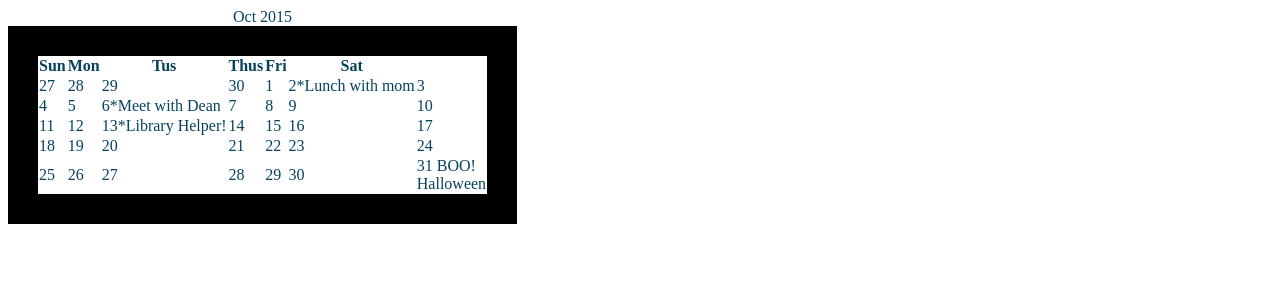
Repository: Tram-anh99/Blockchain_Funix
Page: CSS/lich.html
The author's editor kept a copy of each file at every save. The page is drawn from the files as they stood at one save, then again after a run of saves.
The browser window is 1280 px wide. The pictures show the whole page.

Above is the page before, as saved 2023-02-28 01:31:26.

After the next 2 saves:
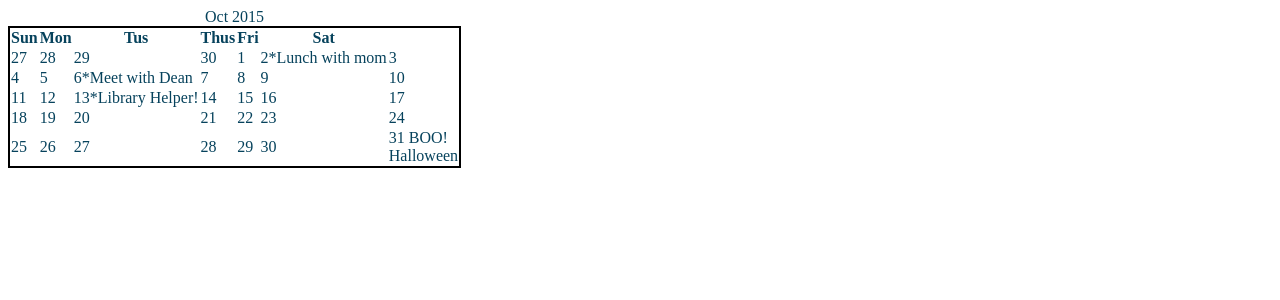
The 2 saves are shown as one change because they came seconds apart.
The last was saved 6 s later.
--- a/CSS/lich.css
+++ b/CSS/lich.css
@@ -1,5 +1,5 @@
 .cal {
       color: #06425C;
       border-spacing: 0;
-      border: 30px solid black;
+      border: 2px solid black;
 }
